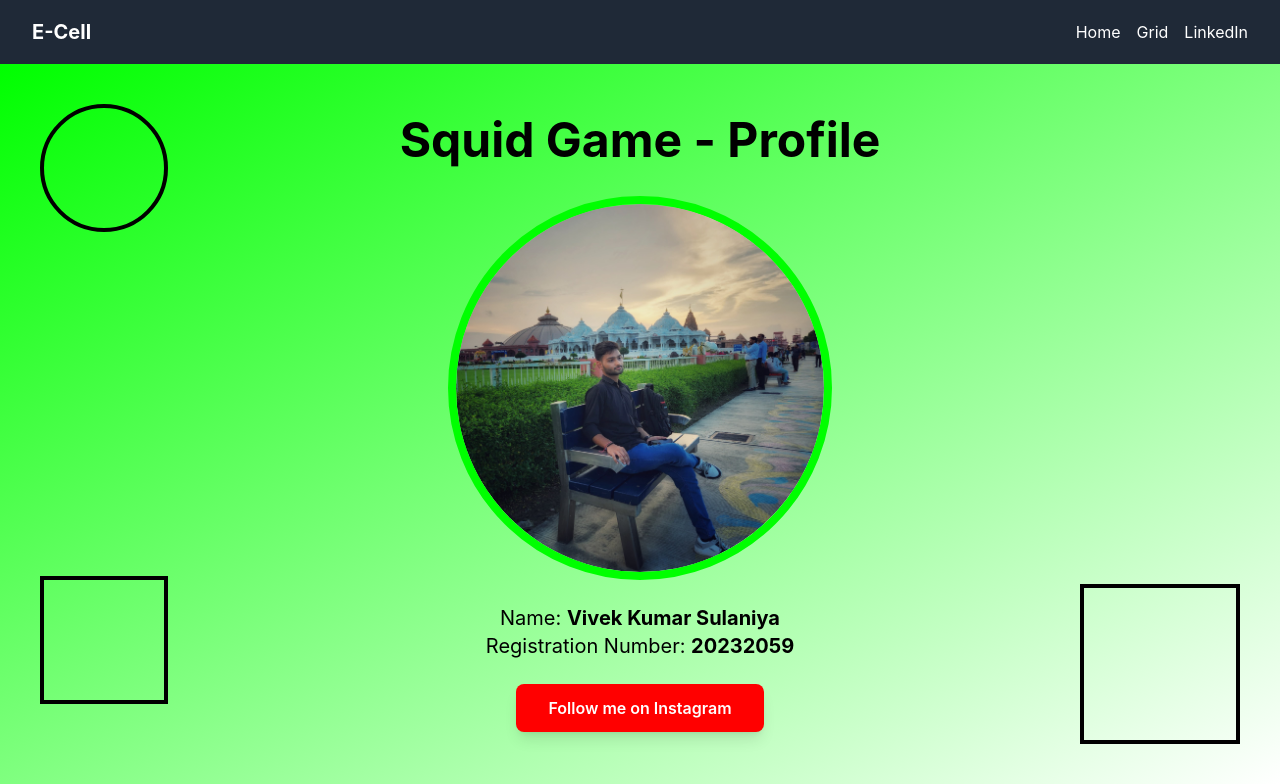
Repository: Vivek300705/Dashboard
Page: /second-page
An editor plug-in stored every save of this project. The page is shown before and after the next save, followed by the edit.
The browser window is 1280 px wide. The pictures show the whole page.
The project was rebuilt for these pictures with package versions that can differ from the ones it lists, and the page was loaded fresh each time. Also part of the build but not shown: src/components/Home.js.

Above is the page before, as saved 2025-01-22 23:14:37.

After the next save:
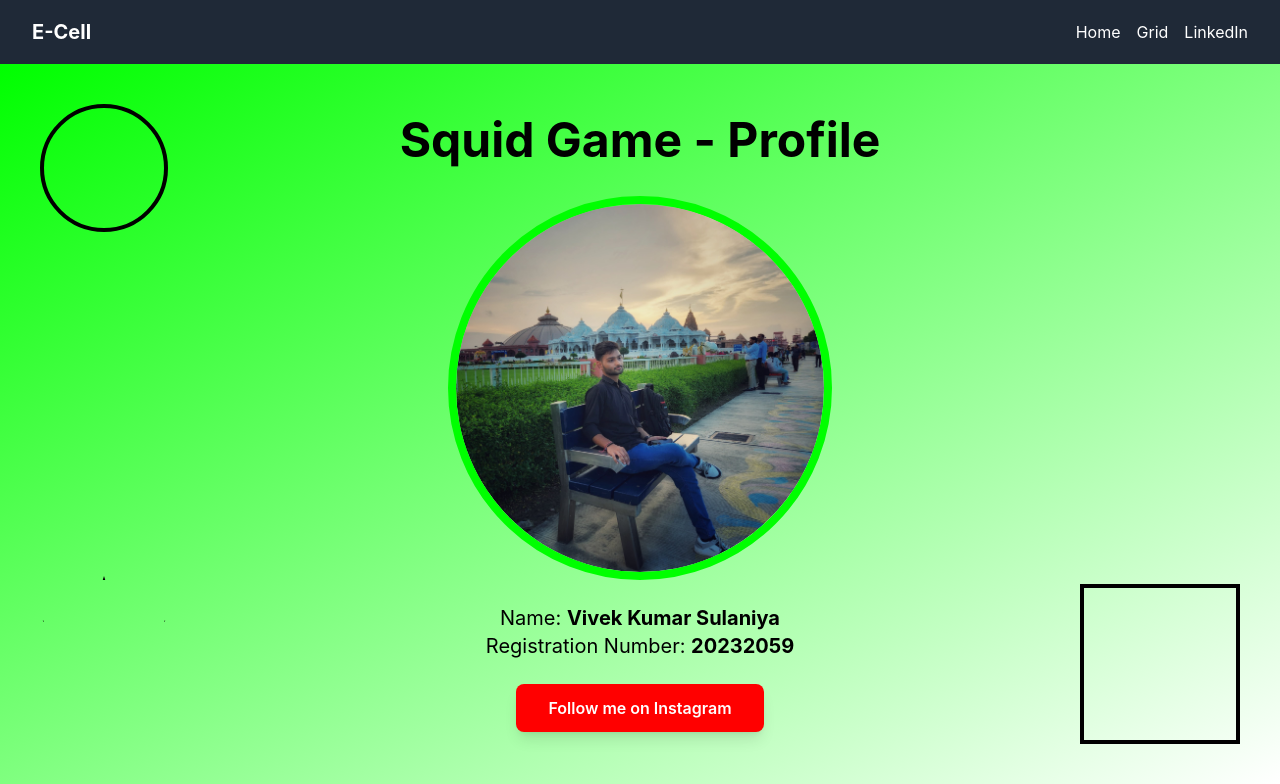
Saved 70 s later.
--- a/src/components/Profile.js
+++ b/src/components/Profile.js
@@ -48,7 +48,12 @@
         <div className="w-40 h-40 bg-transparent border-4 border-black border-solid transition-transform duration-300 transform hover:scale-110"></div>
       </div>
       <div className="absolute bottom-20 left-10 hidden sm:block">
-        <div className="w-32 h-32 bg-transparent border-4 border-black transition-transform duration-300 transform hover:scale-110"></div>
+      <div
+  className="w-32 h-32 bg-transparent border-4 border-black transition-transform duration-300 transform hover:scale-110"
+  style={{
+    clipPath: "polygon(50% 0%, 61% 35%, 98% 35%, 68% 57%, 79% 91%, 50% 70%, 21% 91%, 32% 57%, 2% 35%, 39% 35%)",
+  }}
+></div>
       </div>
     </div>
   );

After the save that followed:
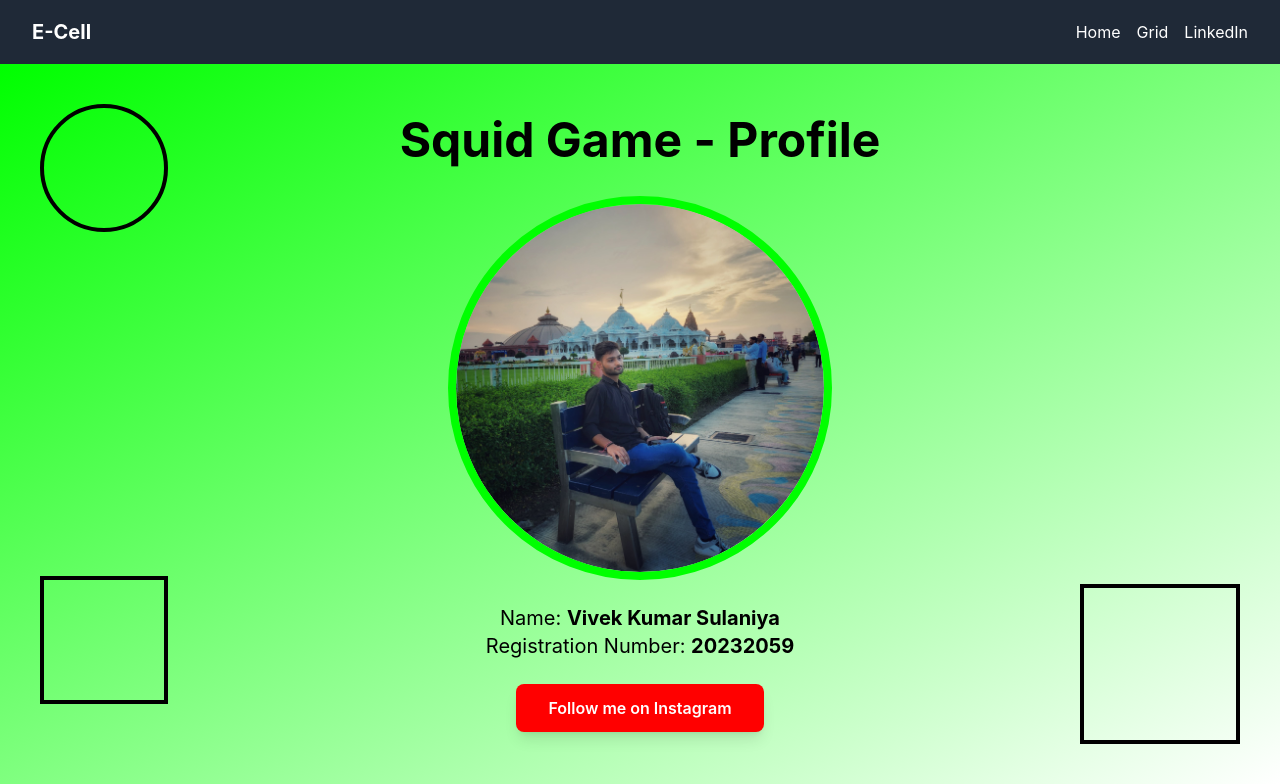
Saved 16 s later.
--- a/src/components/Profile.js
+++ b/src/components/Profile.js
@@ -48,12 +48,7 @@
         <div className="w-40 h-40 bg-transparent border-4 border-black border-solid transition-transform duration-300 transform hover:scale-110"></div>
       </div>
       <div className="absolute bottom-20 left-10 hidden sm:block">
-      <div
-  className="w-32 h-32 bg-transparent border-4 border-black transition-transform duration-300 transform hover:scale-110"
-  style={{
-    clipPath: "polygon(50% 0%, 61% 35%, 98% 35%, 68% 57%, 79% 91%, 50% 70%, 21% 91%, 32% 57%, 2% 35%, 39% 35%)",
-  }}
-></div>
+        <div className="w-32 h-32 bg-transparent border-4 border-black transition-transform duration-300 transform hover:scale-110"></div>
       </div>
     </div>
   );
